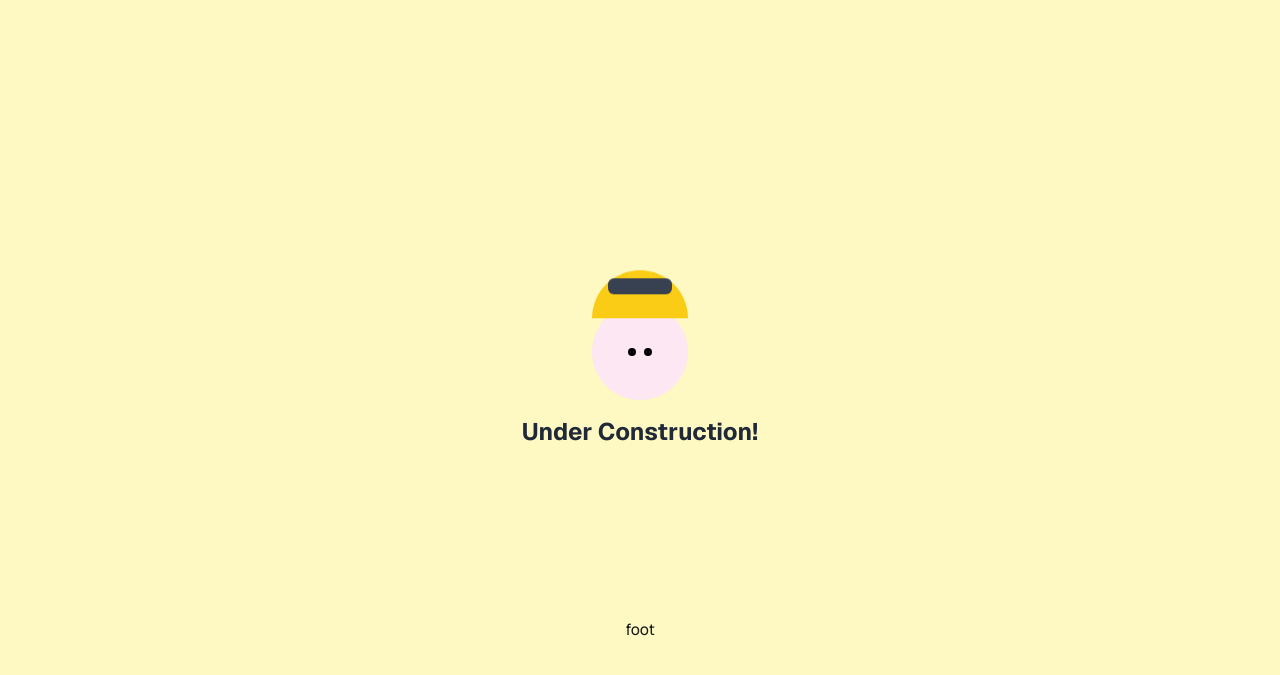
Repository: madelinestruthers/portfolio
Page: / (app in madeline-struthers-portfolio/)
The author's editor kept a copy of each file at every save. The page is drawn from the files as they stood at one save, then again after the next save.
The browser window is 1280 px wide. The pictures show the whole page.
The project was rebuilt for these pictures with package versions that can differ from the ones it lists, and the page was loaded fresh each time. The framework's server and built-in components were replaced by stand-ins that run in the browser. Also part of the build but not shown: madeline-struthers-portfolio/next.config.mjs.

Above is the page before, as saved 2025-01-10 19:58:59.

### madeline-struthers-portfolio/src/app/page.js
import Image from "next/image";

export default function Home() {
  return (
    <div className="grid grid-rows-[20px_1fr_20px] items-center justify-items-center min-h-screen p-8 pb-20 gap-16 sm:p-20 font-[family-name:var(--font-geist-sans)] bg-yellow-100">
      <main className="flex flex-col gap-8 row-start-2 items-center sm:items-start">
        <div className="flex flex-col items-center gap-4">
          {/* Face with Animated Hard Hat */}
          <div className="relative w-32 h-32">
            {/* Hard Hat */}
            <div className="absolute top-0 left-4 w-24 h-12 bg-yellow-400 rounded-t-full animate-bounce z-10">
              <div className="absolute top-2 left-4 w-16 h-4 bg-gray-700 rounded-md"></div>
            </div>
            {/* Face */}
            <div className="absolute bottom-0 left-4 w-24 h-24 bg-pink-100 rounded-full flex items-center justify-center z-0">
              <div className="w-2 h-2 bg-black rounded-full mr-2"></div>
              <div className="w-2 h-2 bg-black rounded-full"></div>
            </div>
          </div>
          {/* Text */}
          <div className="text-2xl font-bold text-gray-800">
            Under Construction!
          </div>
        </div>
      </main>
      <footer className="row-start-3 flex gap-6 flex-wrap items-center justify-center">
        <div>foot</div>
      </footer>
    </div>
  );
}

Loaded but not shown: madeline-struthers-portfolio/src/app/layout.js (common file); madeline-struthers-portfolio/src/app/globals.css (common file); madeline-struthers-portfolio/tailwind.config.mjs (common file)

After the next save:
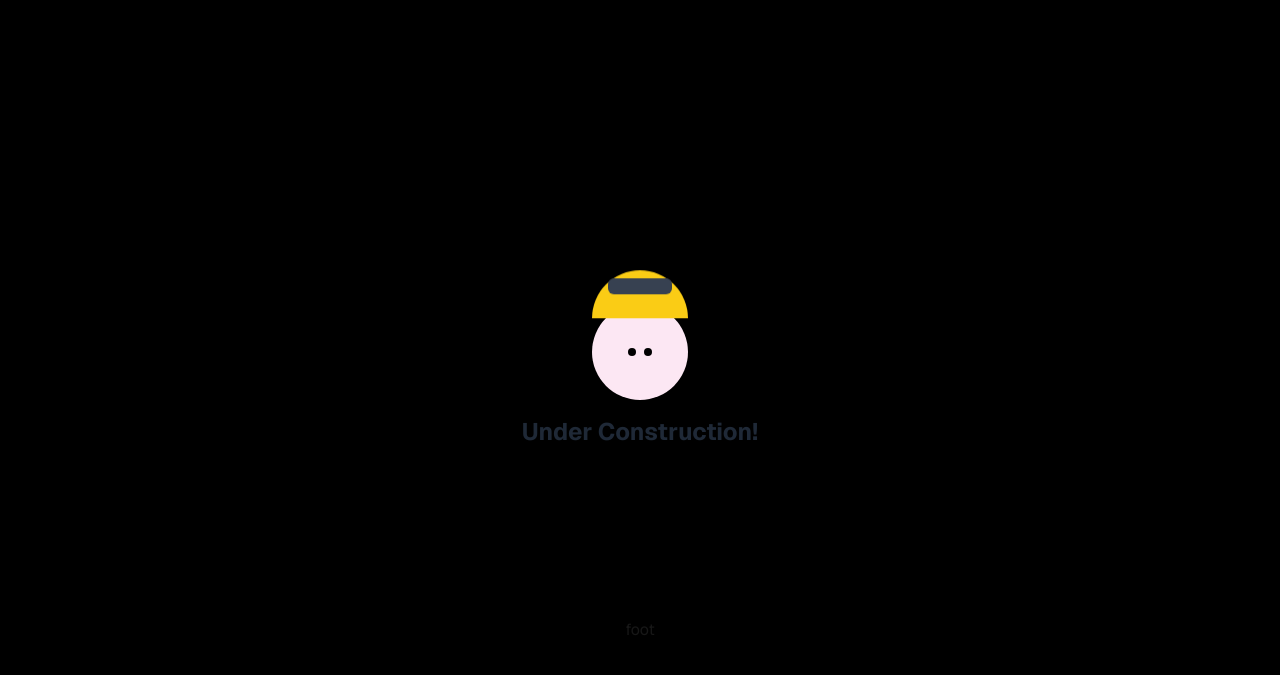
Saved 16 s later.
--- a/madeline-struthers-portfolio/src/app/page.js
+++ b/madeline-struthers-portfolio/src/app/page.js
@@ -2,7 +2,7 @@ import Image from "next/image";
 
 export default function Home() {
   return (
-    <div className="grid grid-rows-[20px_1fr_20px] items-center justify-items-center min-h-screen p-8 pb-20 gap-16 sm:p-20 font-[family-name:var(--font-geist-sans)] bg-yellow-100">
+    <div className="grid grid-rows-[20px_1fr_20px] items-center justify-items-center min-h-screen p-8 pb-20 gap-16 sm:p-20 font-[family-name:var(--font-geist-sans)] bg-black">
       <main className="flex flex-col gap-8 row-start-2 items-center sm:items-start">
         <div className="flex flex-col items-center gap-4">
           {/* Face with Animated Hard Hat */}
